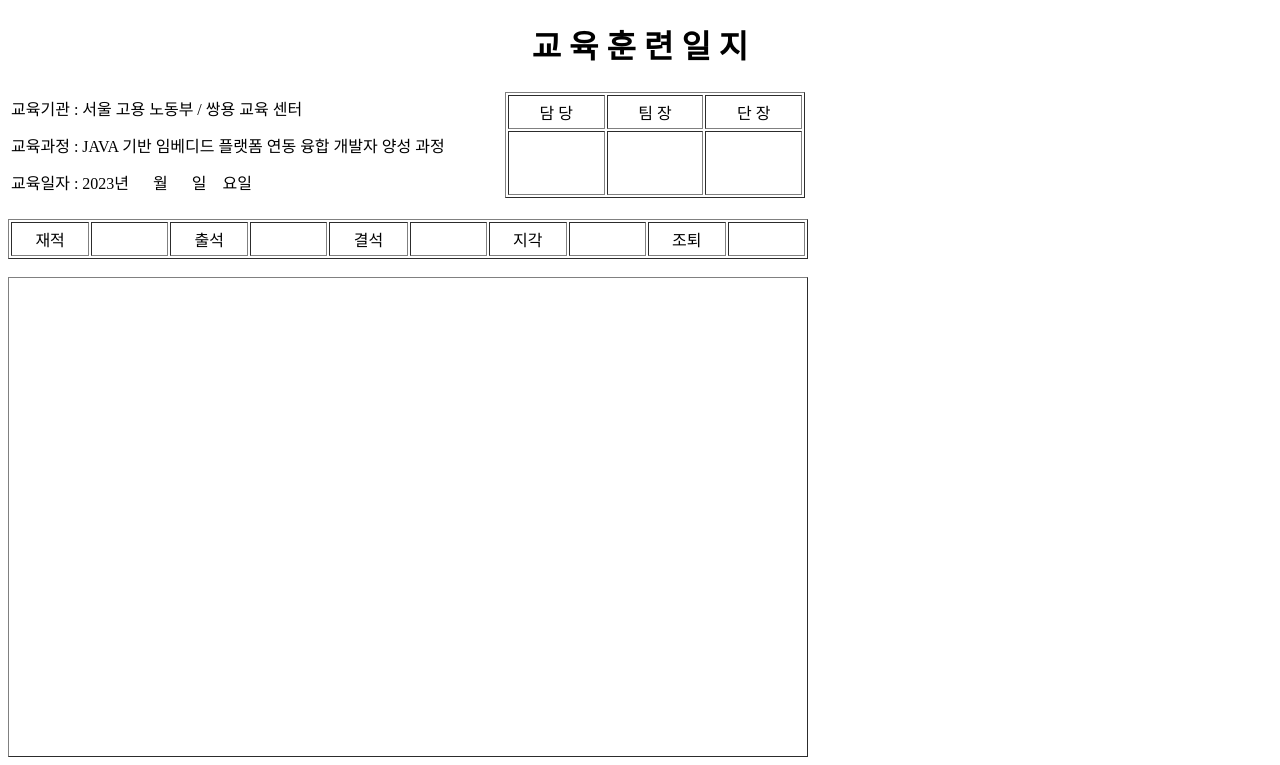
Repository: hb6700/client
Page: ClientTest/src/main/webapp/html/question/12_table.html
An editor plug-in stored every save of this project. The page is shown before and after the next save, followed by the edit.
The browser window is 1280 px wide. The pictures show the whole page.

Above is the page before, as saved 2023-09-21 04:49:42.

### ClientTest/src/main/webapp/html/question/12_table.html
<!DOCTYPE html>
<html>
	<head>
		<meta charset="UTF-8">
		<title>12_table</title>
	</head>
	<body>
		<h1 align="center"><b>교&nbsp;육&nbsp;훈&nbsp;련&nbsp;일&nbsp;지</b></h1>
		<!-- <table width="800">
		</table> -->

		<table width="800" height="90">
			<tr>
				<td width="500" height="30">교육기관 : 서울 고용 노동부 / 쌍용 교육 센터</td>
				<td rowspan="3">
					<table border="1" width="300" height="90">
						<tr>
							<td width="100" height="30" align="center">담 당</td>
							<td width="100" height="30" align="center">팀 장</td>
							<td width="100" height="30" align="center">단 장</td>
						</tr>
						<tr>
							<td width="100" height="60" align="center"></td>
							<td width="100" height="60" align="center"></td>
							<td width="100" height="60" align="center"></td>
						</tr>
					</table>
				</td>
			</tr>

			<tr>
				<td width="500" height="30">교육과정 : JAVA 기반 임베디드 플랫폼 연동 융합 개발자 양성 과정</td>
			</tr>
			<tr>
				<td width="500" height="30">
					교육일자 :
					2023년&nbsp;&nbsp;&nbsp;&nbsp;&nbsp;
					월&nbsp;&nbsp;&nbsp;&nbsp;&nbsp;
					일&nbsp;&nbsp;&nbsp;&nbsp;요일
				</td>
			</tr>
		</table>

		<br>

		<table border="1" width="800">
			<tr>
				<td width="80" height="30" align="center">재적</td>
				<td width="80" height="30" align="center"></td>
				<td width="80" height="30" align="center">출석</td>
				<td width="80" height="30" align="center"></td>
				<td width="80" height="30" align="center">결석</td>
				<td width="80" height="30" align="center"></td>
				<td width="80" height="30" align="center">지각</td>
				<td width="80" height="30" align="center"></td>
				<td width="80" height="30" align="center">조퇴</td>
				<td width="80" height="30" align="center"></td>
			</tr>
		</table>

		<br>

		<table border="1" width="800" height="480">

		<!--
		가로 10 X 세로 14
		height="30" 마지막줄 "90"
		weight="50 25 25 50 150 150 100 50 50 50 "
		70 45 45 90 / 150 50 150 50 100 50
		-->
		</table>
	</body>
</html>

After the next save:
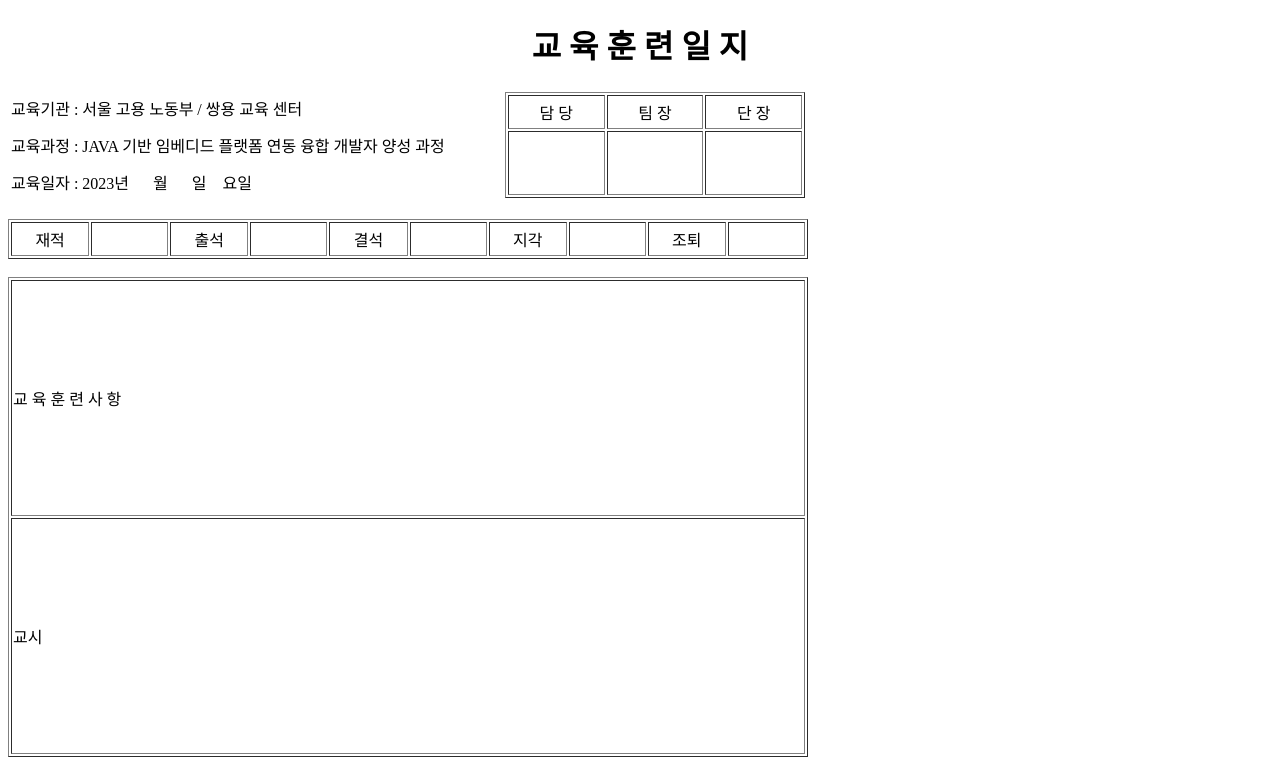
Saved 13 min 56 s later.
--- a/ClientTest/src/main/webapp/html/question/12_table.html
+++ b/ClientTest/src/main/webapp/html/question/12_table.html
@@ -61,7 +61,12 @@
 		<br>
 
 		<table border="1" width="800" height="480">
-
+			<tr>
+				<td colspan="10" width="70" height="30">교 육 훈 련 사 항</td>
+			</tr>
+			<tr>
+				<td width="70" height="30">교시</td>
+			</tr>
 		<!--
 		가로 10 X 세로 14
 		height="30" 마지막줄 "90"
